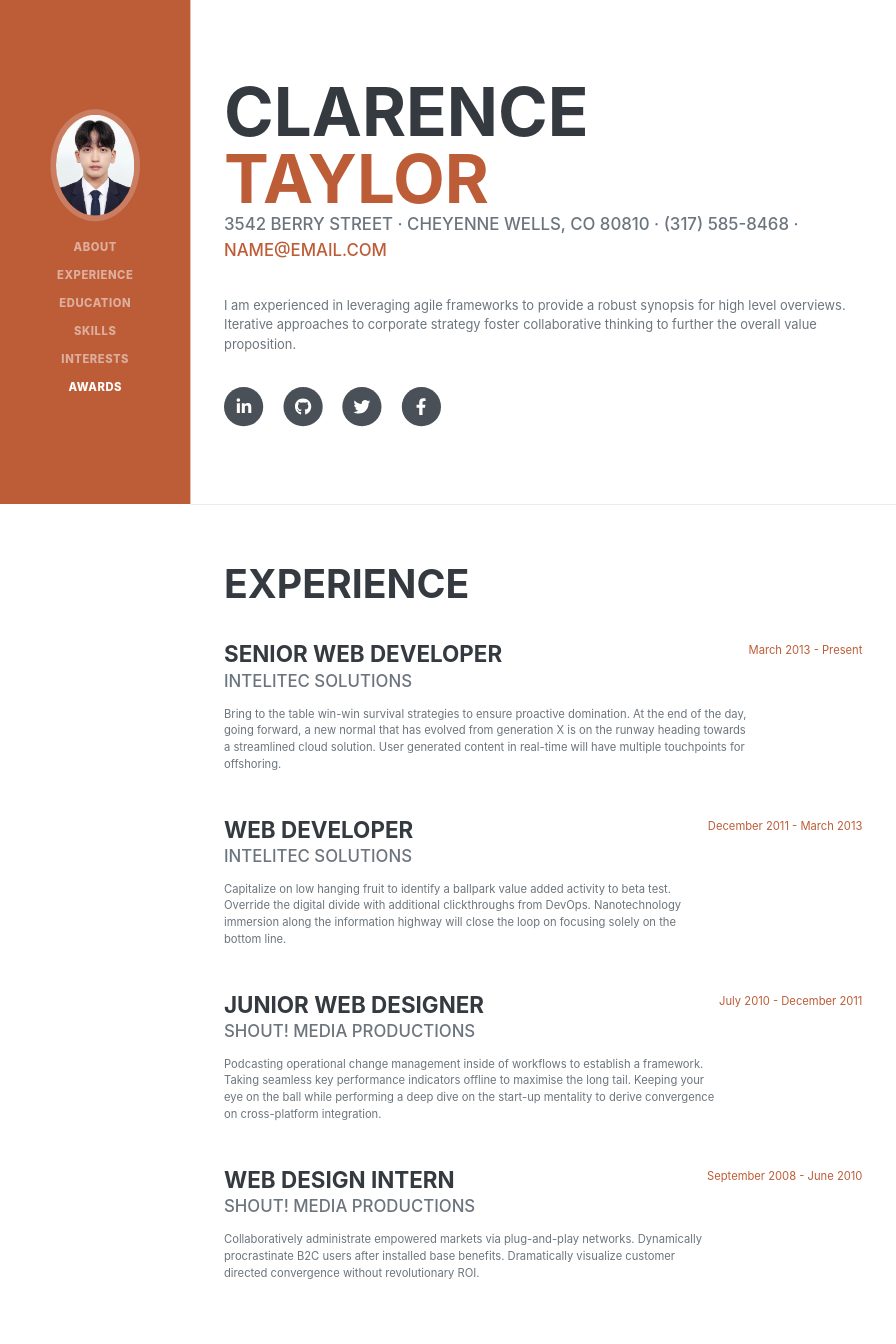
Repository: minsuk1/portfolio
Page: index.html
These files come from the project's save history. The page is drawn as it stood at one moment and after the next save; the edit follows.
The browser window is 1280 px wide. The pictures show the part of the page from y = 0 to 1920 px (the page is 4810 px tall), at 70% of full size.
Some web fonts or font styles are not loaded; a fallback is used.

Above is the page before, as saved 2021-01-01 10:23:02.

After the next save:
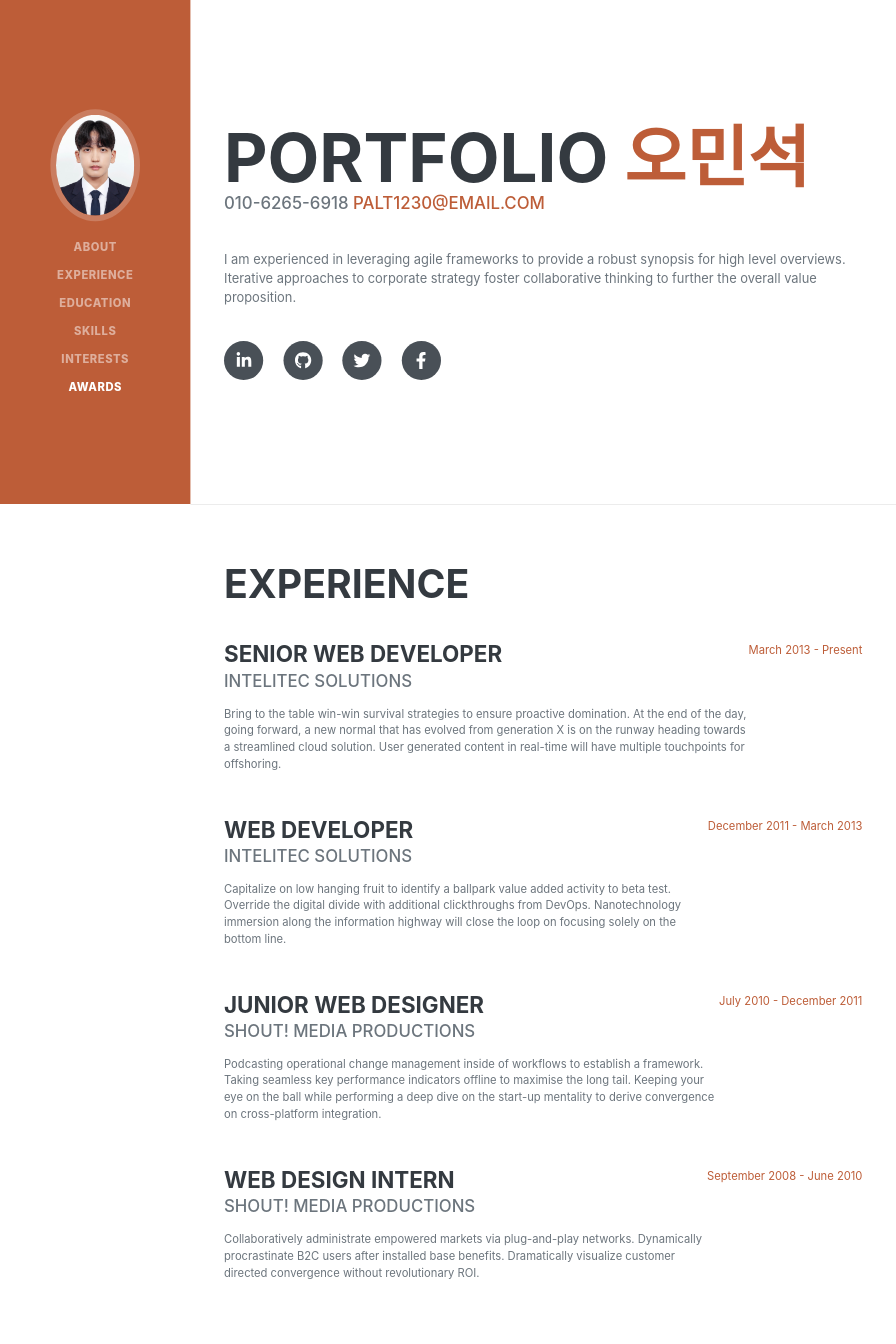
Saved 111 s later.
--- a/index.html
+++ b/index.html
@@ -40,12 +40,12 @@
             <section class="resume-section" id="about">
                 <div class="resume-section-content">
                     <h1 class="mb-0">
-                        Clarence
-                        <span class="text-primary">Taylor</span>
+                        Portfolio
+                        <span class="text-primary">오민석</span>
                     </h1>
                     <div class="subheading mb-5">
-                        3542 Berry Street · Cheyenne Wells, CO 80810 · (317) 585-8468 ·
-                        <a href="mailto:name@email.com">name@email.com</a>
+                        010-6265-6918
+                        <a href="mailto:name@email.com">palt1230@email.com</a>
                     </div>
                     <p class="lead mb-5">I am experienced in leveraging agile frameworks to provide a robust synopsis for high level overviews. Iterative approaches to corporate strategy foster collaborative thinking to further the overall value proposition.</p>
                     <div class="social-icons">
